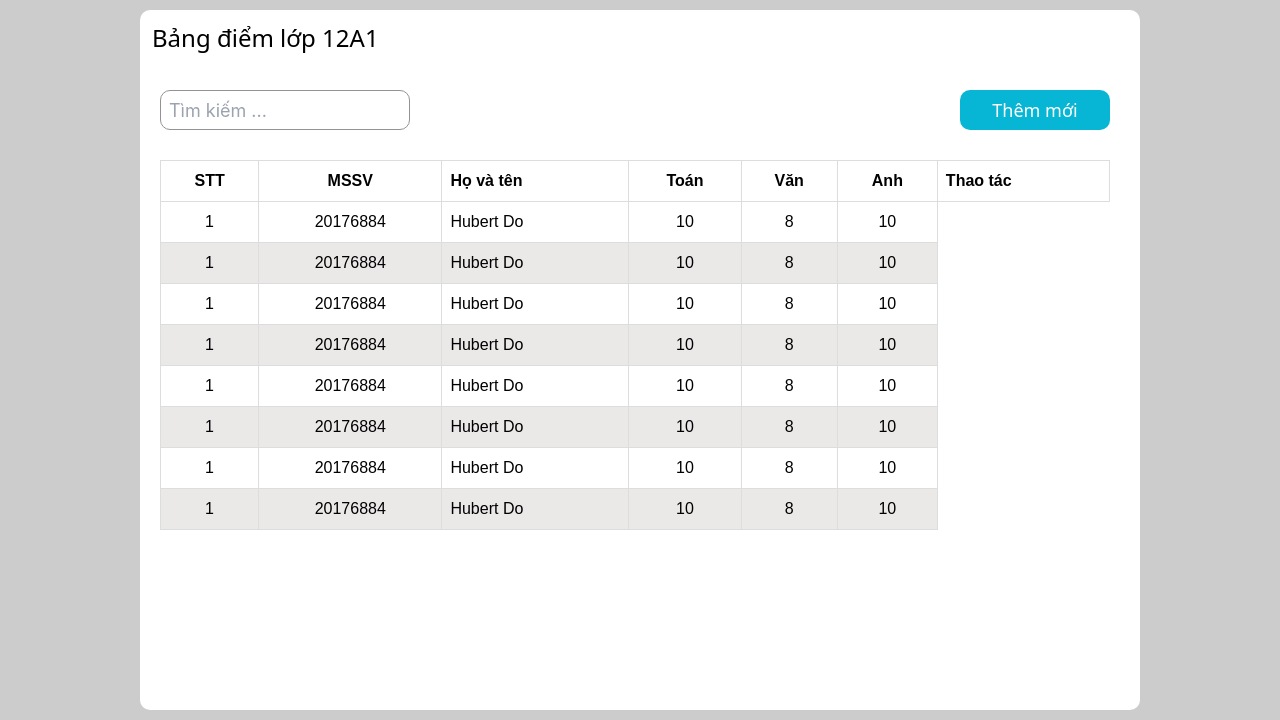
Repository: doducthuan/ReactJS-Movie
Page: /
An editor plug-in stored every save of this project. The page is shown before and after the next save, followed by the edit.
The browser window is 1280 px wide. The pictures show the whole page.
The project was rebuilt for these pictures with package versions that can differ from the ones it lists, and the page was loaded fresh each time. Also part of the build but not shown: src/App.css.

Above is the page before, as saved 2024-01-13 07:52:24.

### public/index.html
<!DOCTYPE html>
<html lang="en">
  <head>
    <meta charset="utf-8" />
    <link rel="icon" href="%PUBLIC_URL%/avatar_rmbg.png" />
    <meta name="viewport" content="width=device-width, initial-scale=1" />
    <meta name="theme-color" content="#000000" />
    <meta
      name="description"
      content="Web site created using create-react-app"
    />
    <link rel="apple-touch-icon" href="%PUBLIC_URL%/logo192.png" />
    <!--
      manifest.json provides metadata used when your web app is installed on a
      user's mobile device or desktop. See https://developers.google.com/web/fundamentals/web-app-manifest/
    -->
    <link rel="manifest" href="%PUBLIC_URL%/manifest.json" />
    <!--
      Notice the use of %PUBLIC_URL% in the tags above.
      It will be replaced with the URL of the `public` folder during the build.
      Only files inside the `public` folder can be referenced from the HTML.

      Unlike "/favicon.ico" or "favicon.ico", "%PUBLIC_URL%/favicon.ico" will
      work correctly both with client-side routing and a non-root public URL.
      Learn how to configure a non-root public URL by running `npm run build`.
    -->
    <title>Mèo Hen</title>
  </head>
  <body>
    <noscript>You need to enable JavaScript to run this app.</noscript>
    <div id="root"></div>
    <!--
      This HTML file is a template.
      If you open it directly in the browser, you will see an empty page.

      You can add webfonts, meta tags, or analytics to this file.
      The build step will place the bundled scripts into the <body> tag.

      To begin the development, run `npm start` or `yarn start`.
      To create a production bundle, use `npm run build` or `yarn build`.
    -->
  </body>
</html>

### src/App.js
import './App.css';
import Students from './components/students/Students';
function App() {
  return (
    <div className="App">
      <Students></Students>
    </div>
  );
}

export default App;

### src/components/students/Students.js
import React, { useMemo } from 'react';
import './styles.css';
import { useTable } from 'react-table';
import { COLUMNS } from './Columns';
const Students = () => {
    const data = [
        { stt: 1, id: 20176884, name: "Hubert Do", math: 10, literature: 8, english: 10 },
        { stt: 1, id: 20176884, name: "Hubert Do", math: 10, literature: 8, english: 10 },
        { stt: 1, id: 20176884, name: "Hubert Do", math: 10, literature: 8, english: 10 },
        { stt: 1, id: 20176884, name: "Hubert Do", math: 10, literature: 8, english: 10 },
        { stt: 1, id: 20176884, name: "Hubert Do", math: 10, literature: 8, english: 10 },
        { stt: 1, id: 20176884, name: "Hubert Do", math: 10, literature: 8, english: 10 },
        { stt: 1, id: 20176884, name: "Hubert Do", math: 10, literature: 8, english: 10 },
        { stt: 1, id: 20176884, name: "Hubert Do", math: 10, literature: 8, english: 10 },
    ];
    const columns = useMemo(() => COLUMNS, []);
    const { getTableProps, getTableBodyProps, headerGroups, rows, prepareRow } = useTable({ columns, data });
    return (
        <div className="full-view">
            <div className="border-data">
                <p className="font-sans text-2xl ml-3 mt-3">Bảng điểm lớp 12A1</p>
                <div className="table-data">
                    <div className="search-add mt-9 flex">
                        <input className="search-all text-lg" placeholder='Tìm kiếm ...' />
                        <button className="add-student font-sans text-lg bg-cyan-500 hover:bg-cyan-600 text-white">Thêm mới</button>
                    </div>
                    <div className="table-content">
                        <table {...getTableProps()}>
                            <thead>
                                {headerGroups.map((headerGroup) => (
                                    <tr {...headerGroup.getHeaderGroupProps()}>
                                        {headerGroup.headers.map((column) => (
                                            <th {...column.getHeaderProps()}>
                                                {column.render('Header')}
                                            </th>
                                        ))}
                                        <th>Thao tác</th>
                                    </tr>
                                ))}
                            </thead>
                            <tbody {...getTableBodyProps()}>
                                {rows.map((row) => {
                                    prepareRow(row);
                                    return (
                                        <tr {...row.getRowProps()}>
                                            {row.cells.map((cell) => {
                                                return (
                                                    <td {...cell.getCellProps()}>
                                                        {cell.render('Cell')}
                                                    </td>
                                                );
                                            })}
                                        </tr>
                                    );
                                })}
                            </tbody>
                        </table>

                    </div>
                </div>

            </div>
        </div>
    );
};

export default Students;

### src/components/students/styles.css
.full-view{
    display: flex;
    justify-content: center;
    align-items: center;
    height: 100vh;
    background-color: #ccc;
}
.border-data{
    width: 1000px;
    height: 700px;
    background-color: #fff;
    border-radius: 10px;
}
.table-data{
    width: 95%;
    height: 600px;
    margin-left: 20px;
}
.search-add{
    gap: 550px;
    margin-bottom: 30px;
}
.search-all{
    width: 250px;
    height: 40px;
    border: 1px solid #969292;
    border-radius: 10px;
    padding: 8px;
}
.add-student{
    width: 150px;
    height: 40px;
    border-radius: 10px;
}
table{
    font-family: sans-serif;
    border-collapse: collapse;
    width: 100%;
}
td,th {
    border: 1px solid #dddddd;
    text-align: left;
    padding: 8px;
}
tr:nth-child(even) {
    background-color: #ebe8e8;
}
thead tr th:nth-child(1),
thead tr th:nth-child(2),
thead tr th:nth-child(4),
thead tr th:nth-child(5),
thead tr th:nth-child(6),
tbody tr td:nth-child(1),
tbody tr td:nth-child(2),
tbody tr td:nth-child(4),
tbody tr td:nth-child(5),
tbody tr td:nth-child(6){
    text-align: center;
}

### src/components/students/Columns.js
export const COLUMNS = [
    { Header: "STT", accessor: "stt" },
    { Header: "MSSV", accessor: "id" },
    { Header: "Họ và tên", accessor: "name" },
    { Header: "Toán", accessor: "math" },
    { Header: "Văn", accessor: "literature" },
    { Header: "Anh", accessor: "english" },
];

Loaded but not shown: src/index.js (common file); src/index.css (common file); src/reportWebVitals.js (common file); tailwind.config.js (common file)

After the next save:
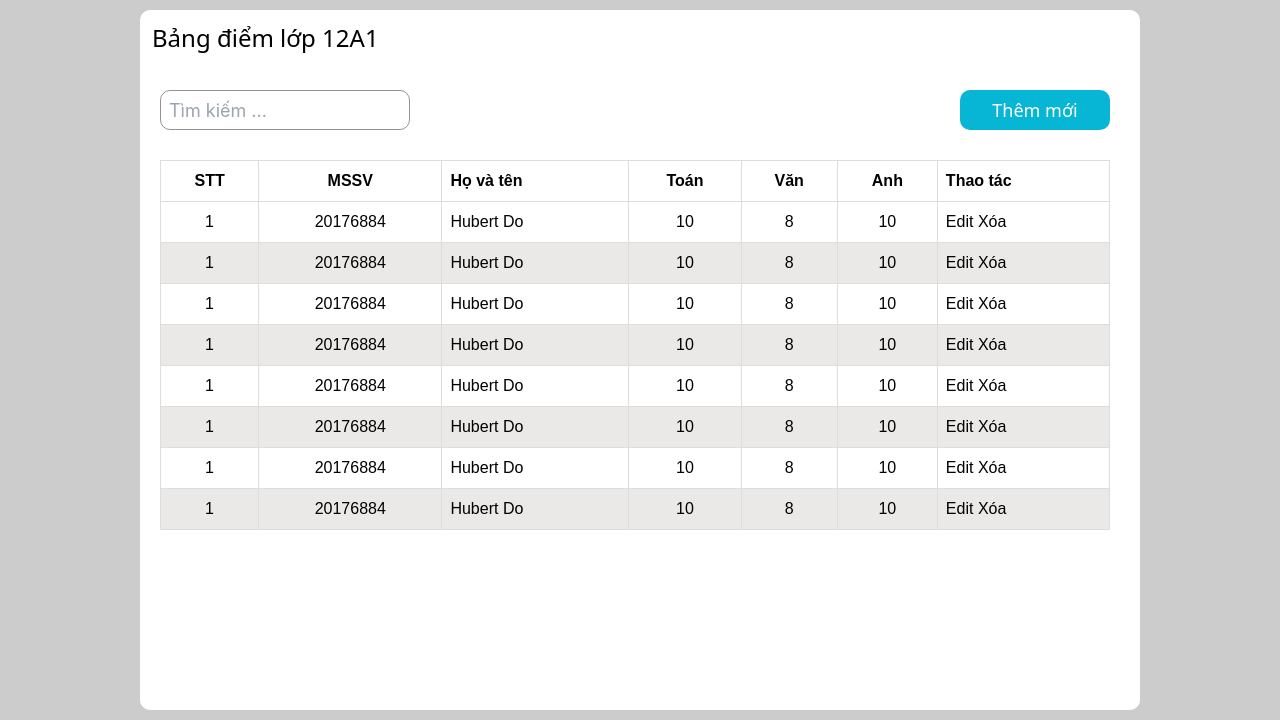
Saved 71 s later.
--- a/src/components/students/Students.js
+++ b/src/components/students/Students.js
@@ -49,7 +49,9 @@ const Students = () => {
                                                         {cell.render('Cell')}
                                                     </td>
                                                 );
+
                                             })}
+                                            <td>Edit Xóa</td>
                                         </tr>
                                     );
                                 })}
